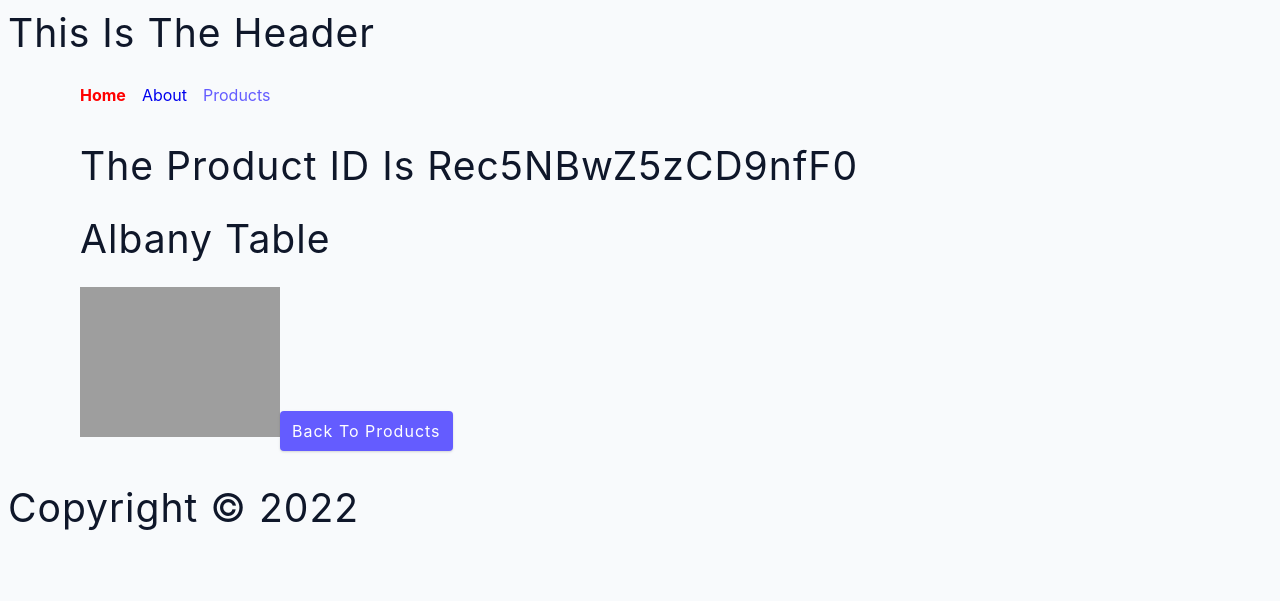
Repository: kennedyowusu/react-router-tutorial
Page: /products/rec5NBwZ5zCD9nfF0
The author's editor kept a copy of each file at every save. The page is drawn from the files as they stood at one save, then again after a run of saves.
The browser window is 1280 px wide. The pictures show the whole page.
Pictures or frames that could not be fetched are drawn as grey boxes. The project was rebuilt for these pictures with package versions that can differ from the ones it lists, and the page was loaded fresh each time. Also part of the build but not shown: src/pages/About.js, src/pages/Products.js, src/pages/Home.js, src/pages/Error.js, src/components/Navbar.js.

Above is the page before, as saved 2022-12-27 18:17:50.

### src/App.js
import { BrowserRouter, Routes, Route } from "react-router-dom";
import About from "./pages/About";
import Products from "./pages/Products";
import Home from "./pages/Home";
import Error from "./pages/Error";
import SharedLayout from "./pages/SharedLayout";
import SingleProduct from "./pages/SingleProduct";

function App() {
  return (
    <BrowserRouter>
      <Routes>

        <Route path="/" element={<SharedLayout />}>
          <Route index element={<Home />} />
          <Route path="about" element={<About />} />
          <Route path="products" element={<Products />} />
          <Route path="products/:productId" element={<SingleProduct />} />
          <Route path="*" element={<Error />} />
        </Route>

      </Routes>
    </BrowserRouter>
  );
}

export default App;

### src/pages/SharedLayout.js
import { Outlet } from 'react-router-dom';
import Header from '../components/Header';
import Navbar from '../components/Navbar';
import Footer from '../components/Footer';
import StyledNavbar from '../components/StyledNavbar';

const SharedLayout = () => {
  return (
    <>
      <Header />
      <StyledNavbar />
        <Outlet />
      <Footer />
    </>
  )
}

export default SharedLayout

### src/pages/SingleProduct.js
import { useParams, Link } from "react-router-dom";
import data from '../data';

const SingleProduct = () => {
  const { productId } = useParams();
  console.log(productId);

  const prod = data.find((product) => product.id === (productId));

  const { id, name, image } = prod;

  return (
    <section className='section product'>
      <h2>The product ID is {id}</h2>
      <h2>{name}</h2>
      <img src={image || 'https://via.placeholder.com/150'} alt={name} />
      <Link to='/products' className='btn'> back to products</Link>
    </section>
  );
};

export default SingleProduct;

### src/data.js
const products = [
  {
    id: 'recZkNf2kwmdBcqd0',
    name: 'accent chair',
    image:
      'https://dl.airtable.com/.attachmentThumbnails/e8bc3791196535af65f40e36993b9e1f/438bd160',
  },
  {
    id: 'recEHmzvupvT8ZONH',
    name: 'albany sectional',

    image:
      'https://dl.airtable.com/.attachmentThumbnails/0be1af59cf889899b5c9abb1e4db38a4/d631ac52',
  },
  {
    id: 'rec5NBwZ5zCD9nfF0',
    name: 'albany table',

    image:
      'https://dl.airtable.com/.attachmentThumbnails/7478483f40a2f56662a87b304bd4e104/707d397f',
  },
  {
    id: 'recd1jIVIEChmiwhe',
    name: 'armchair',

    image:
      'https://dl.airtable.com/.attachmentThumbnails/530c07c5ade5acd9934c8dd334458b86/cf91397f',
  },
  {
    id: 'recoM2MyHJGHLVi5l',
    name: 'bar stool',
    image:
      'https://dl.airtable.com/.attachmentThumbnails/a6119fabf7256049cc0e8dbcdf536c9c/b0153f66',
  },
];

export default products;

### src/components/Header.js
import React from 'react'

const Header = () => {
  return (
    <header>
      <h2>This is the header</h2>
    </header>
  )
}

export default Header

### src/components/Footer.js
import React from 'react'

const Footer = () => {
  return (
    <footer>
     <h2>
      Copyright &copy; 2022
      </h2>
    </footer>
  )
}

export default Footer

### src/components/StyledNavbar.js
import React from 'react'
import { NavLink } from 'react-router-dom'

const StyledNavbar = () => {
  return (
    <nav className='navbar'>
    <NavLink to='/' style={(isActive) => {
      return {
        color: isActive ? 'red' : 'black',
        fontWeight: isActive ? 'bold' : 'normal',
      }
    }}>Home</NavLink>

     <NavLink to='/about'>About</NavLink>
     <NavLink to='/products'>Products</NavLink>
    </nav>
  )
}

export default StyledNavbar

Loaded but not shown: public/index.html (common file); src/index.js (common file); src/index.css (common file)

After the next 2 saves:
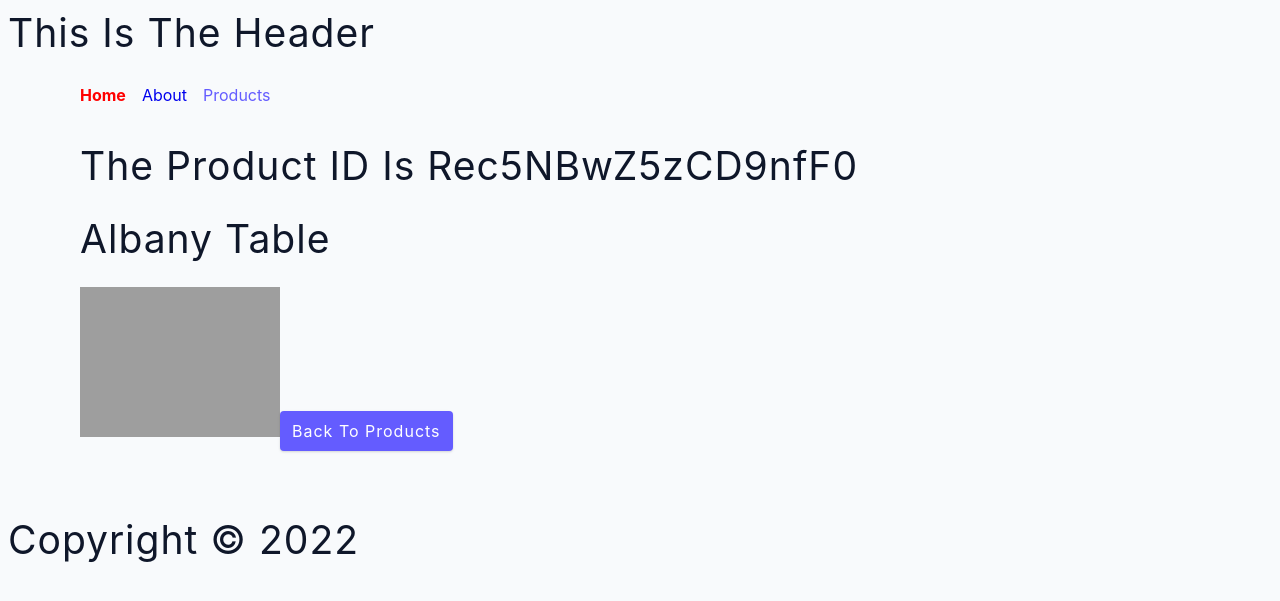
The 2 saves are shown as one change because 1 did not build or start.
The last was saved 53 s later.
--- a/src/pages/SingleProduct.js
+++ b/src/pages/SingleProduct.js
@@ -14,7 +14,7 @@
       <h2>The product ID is {id}</h2>
       <h2>{name}</h2>
       <img src={image || 'https://via.placeholder.com/150'} alt={name} />
-      <Link to='/products' className='btn'> back to products</Link>
+      <Link to='/products' className='btn' style={{ marginBottom: '2rem' }}> back to products</Link>
     </section>
   );
 };

After the 2 saves that followed:
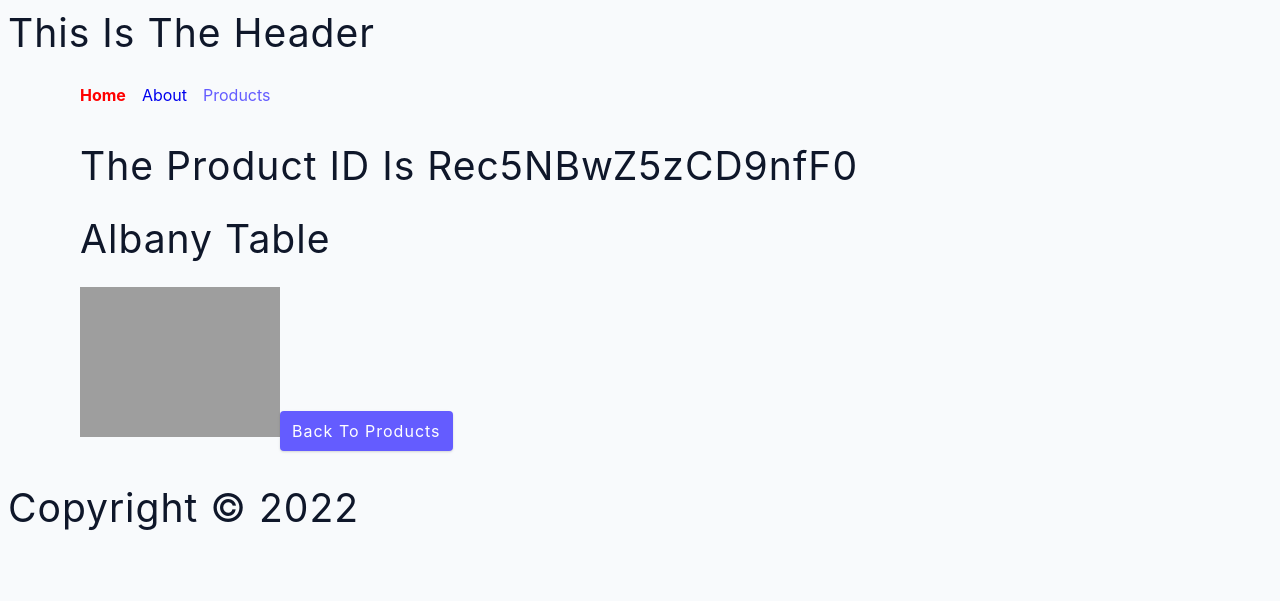
The 2 saves are shown as one change because they came seconds apart.
The last was saved 13 s later.
--- a/src/pages/SingleProduct.js
+++ b/src/pages/SingleProduct.js
@@ -14,7 +14,7 @@
       <h2>The product ID is {id}</h2>
       <h2>{name}</h2>
       <img src={image || 'https://via.placeholder.com/150'} alt={name} />
-      <Link to='/products' className='btn' style={{ marginBottom: '2rem' }}> back to products</Link>
+      <Link to='/products' className='btn' style={{ marginTop: '2rem' }}> back to products</Link>
     </section>
   );
 };
